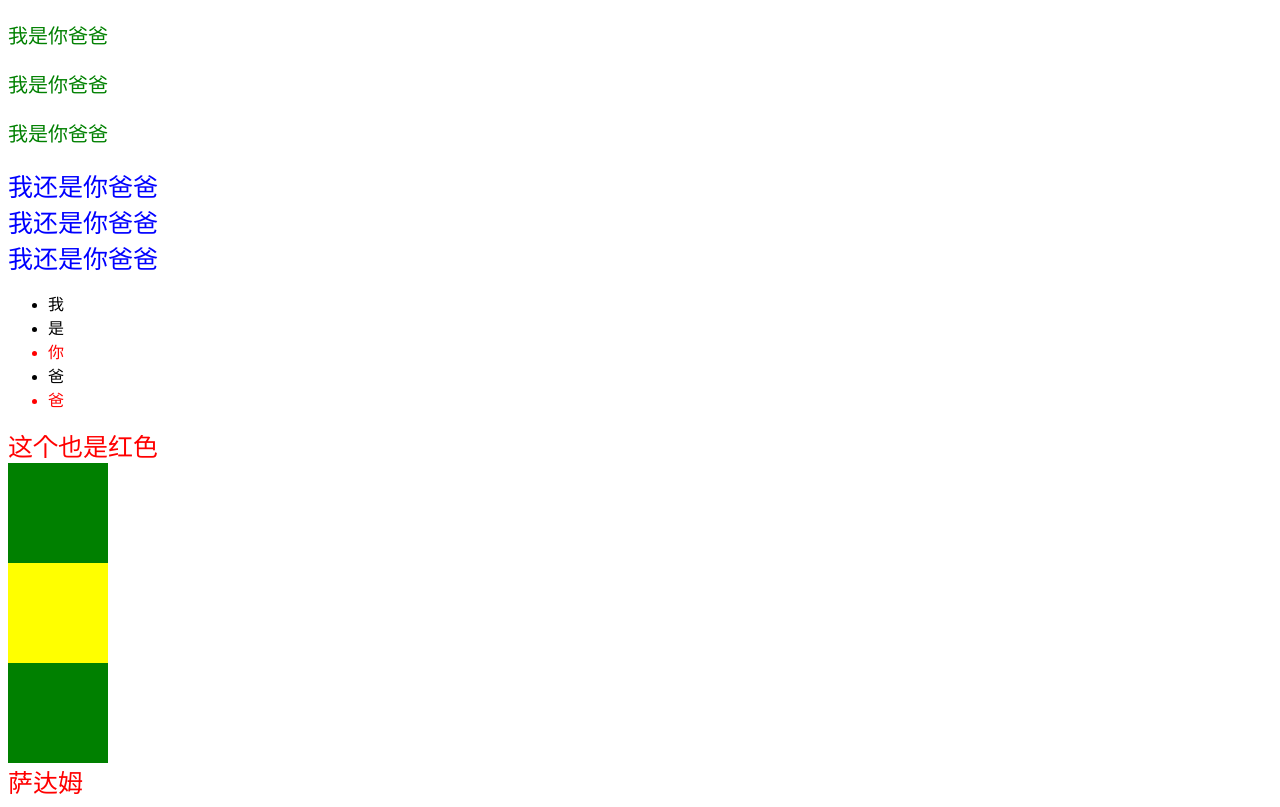
Repository: TheBestBadGuy0228/code
Page: css基础选择器.html
An editor plug-in stored every save of this project. The page is shown before and after the next save, followed by the edit.
The browser window is 1280 px wide. The pictures show the whole page.

Above is the page before, as saved 2021-09-25 17:53:18.

After the next save:
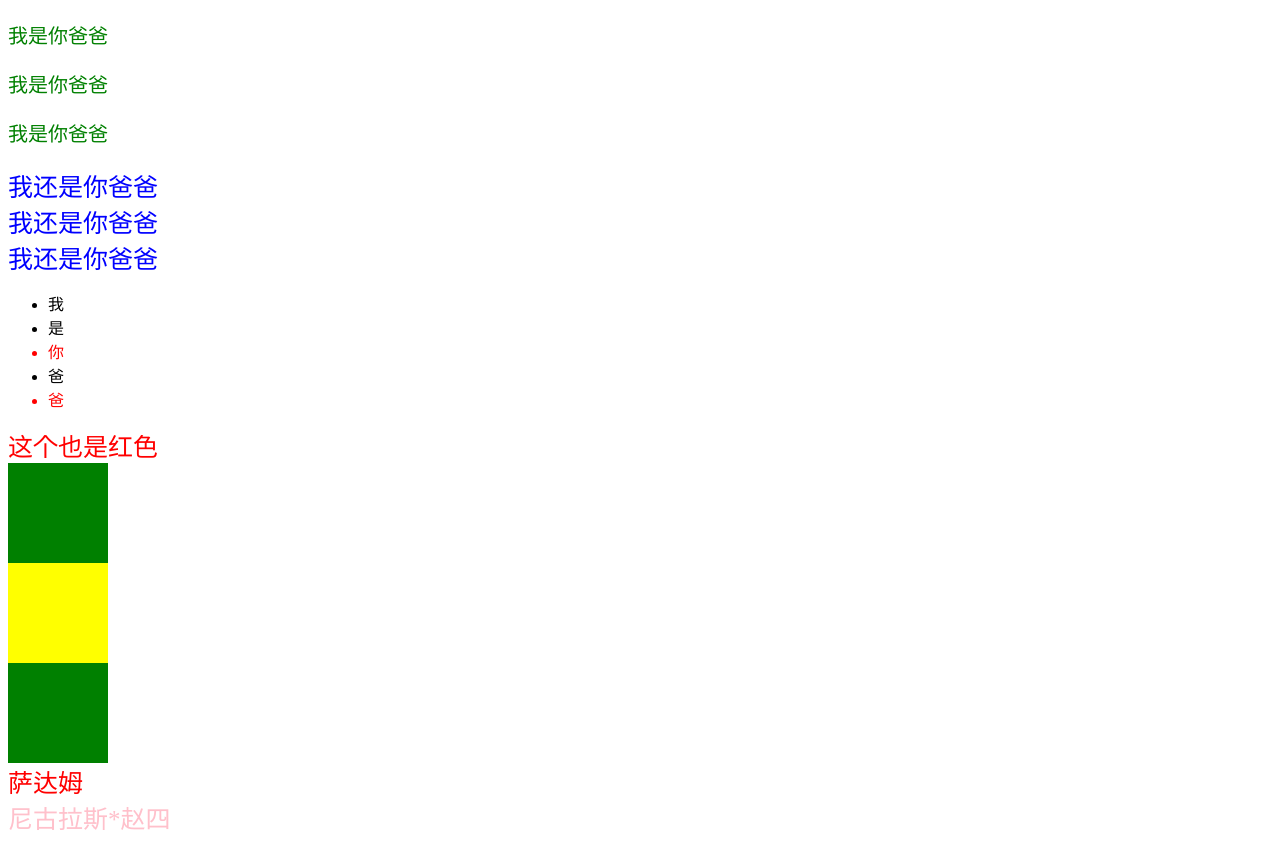
Saved 41 h 32 min later.
--- a/css基础选择器.html
+++ b/css基础选择器.html
@@ -43,6 +43,11 @@
 
         .font25 {
             font-size: 25;
+        }
+
+        /* id选择器 */
+        #pink {
+            color: pink;
         }
     </style>
 </head>
@@ -101,5 +106,17 @@
 （2）多个类名中间必须用空格分开
 （3）这个标签就可以分别具有这些类名的样式 -->
     <div class="red font25">萨达姆</div>
+    <!-- 2.CSS基础选择器
+传
+2.5id选择器
+id选择器可以为标有特定id的HTML元素指定特定的样式
+HTML元素以id属性来设置id选择器，CSS中id选择器以“#"来定义。
+语法
+#id名{
+属性1：属性值1；
+例如，将id为nav元素中的内容设置为红色。
+#nav {
+color:red; } -->
+    <div id="pink">尼古拉斯*赵四</div>
 </body>
 </html>
